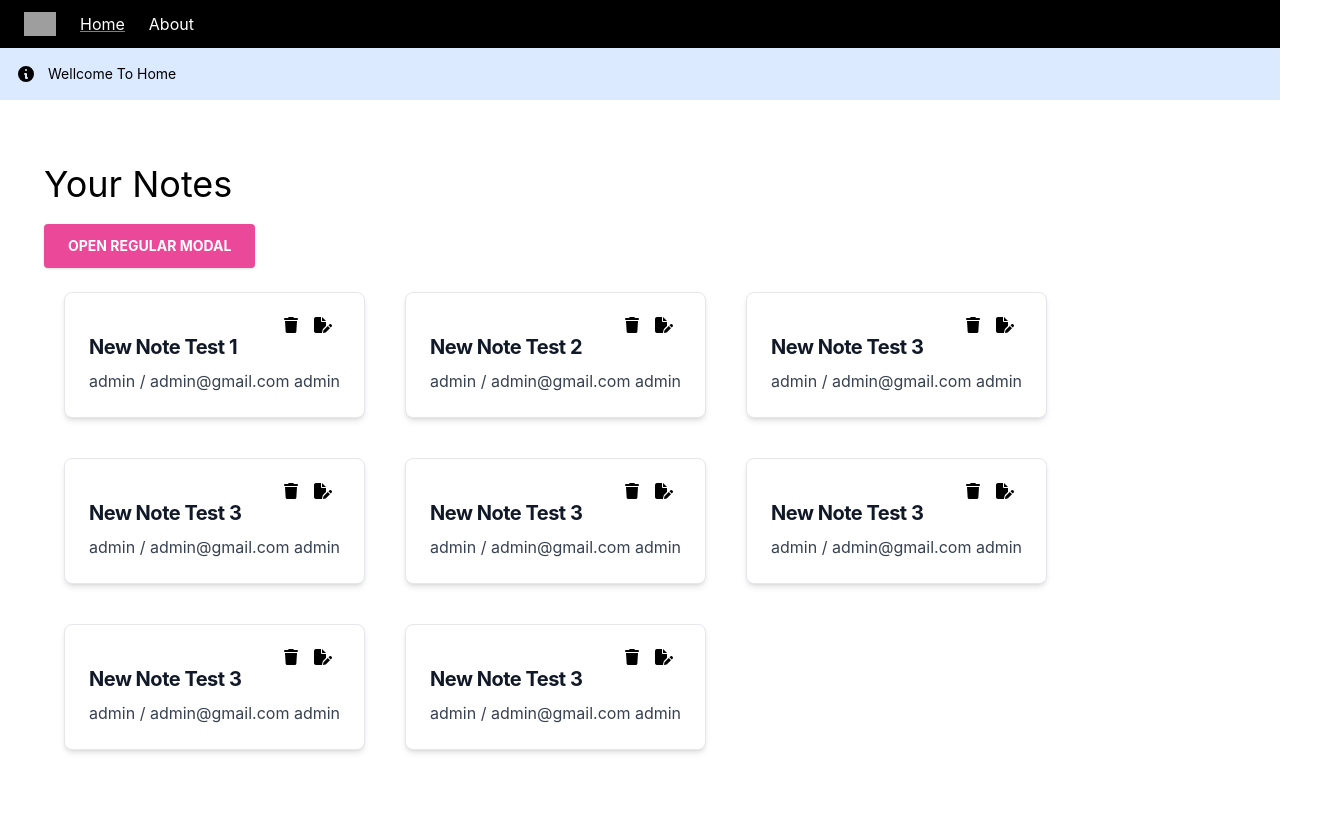
Repository: sonawaneteju4/iNote
Page: /
An editor plug-in stored every save of this project. The page is shown before and after the next save, followed by the edit.
The browser window is 1280 px wide. The page is 1324 px wide, so the pictures cover 1324 px, including what lies to the right of the window. The pictures show the whole page.
Pictures or frames that could not be fetched are drawn as grey boxes. Some web libraries are served in a nearby version. The project was rebuilt for these pictures with package versions that can differ from the ones it lists, and the page was loaded fresh each time. Also part of the build but not shown: src/components/AddNote.js, src/components/About.js.

Above is the page before, as saved 2022-10-11 10:47:15.

### public/index.html
<!DOCTYPE html>
<html lang="en">
  <head>
    <meta charset="utf-8" />
    <link rel="icon" href="%PUBLIC_URL%/favicon.ico" />
    <meta name="viewport" content="width=device-width, initial-scale=1" />
    <meta name="theme-color" content="#000000" />
    <meta
      name="description"
      content="Web site created using create-react-app"
    />
    <link rel="apple-touch-icon" href="%PUBLIC_URL%/logo192.png" />

    <link rel="manifest" href="%PUBLIC_URL%/manifest.json" />

    <title>iNote - Secured Notes On Cloud</title>
  </head>
  <body>
    <noscript>You need to enable JavaScript to run this app.</noscript>
    <script src="https://kit.fontawesome.com/61d960ae85.js" crossorigin="anonymous"></script>
    <div id="root"></div>
  </body>
</html>

### src/App.js
import "./App.css";
import { BrowserRouter, Routes, Route } from "react-router-dom";
import Navbar from "./components/Navbar";
import Home from "./components/Home";
import About from "./components/About";
import NoteState from "./context/notes/NoteState";
import Alert from "./components/Alert";

function App() {
  return (
    <>
      <NoteState>
        <BrowserRouter>
          <Navbar />
          <Alert message="Wellcome To Home"/>
          <div className="container m-11">

          <Routes>
            <Route exact path="/" element={<Home />}></Route>
            <Route exact path="/about" element={<About />}></Route>
          </Routes>
          </div>
        </BrowserRouter>
      </NoteState>
    </>
  );
}

export default App;

### src/App.css
.App {
  text-align: center;
}

.App-logo {
  height: 40vmin;
  pointer-events: none;
}

@media (prefers-reduced-motion: no-preference) {
  .App-logo {
    animation: App-logo-spin infinite 20s linear;
  }
}

.App-header {
  background-color: #282c34;
  min-height: 100vh;
  display: flex;
  flex-direction: column;
  align-items: center;
  justify-content: center;
  font-size: calc(10px + 2vmin);
  color: white;
}

.App-link {
  color: #61dafb;
}

@keyframes App-logo-spin {
  from {
    transform: rotate(0deg);
  }
  to {
    transform: rotate(360deg);
  }
}
i{cursor: pointer;

}

### src/components/Navbar.js
import React, {useEffect} from 'react'
import { Link, useLocation } from 'react-router-dom'

const Navbar = () => {
  let location = useLocation();
  useEffect(() => {
    console.log(location.pathname);
  }, [location])

  return (
    <nav className='flex bg-black text-white sticky top-0'>
        <ul className='flex m-3'>
            <li className='px-3'><Link to="/"><img alt="Logo" className='h-6' src='https://i.ibb.co/yyD6c8M/i-NOTE-3.png'></img></Link></li>
            <li className={`px-3  ${location.pathname==='/'? "underline decoration-sky-500": ""}`}><Link to="/">Home</Link></li>
            <li className={`px-3  ${location.pathname==='/about'? "underline decoration-sky-500": ""}`}><Link to="/about">About</Link></li>
        </ul>

    </nav>
  )
}

export default Navbar

### src/components/Home.js
import React from 'react'
// import NoteState from '../context/notes/NoteState';
import Notes from './Notes';

const Home = () => {

  return (
    <>
      <Notes/>
    </>

  )
}

export default Home

### src/context/notes/NoteState.js
import { useState } from 'react';
import NoteContext from './NoteContext';


const NoteState = (props) =>{
    const notesInitial = [
        {
          "_id": "6343f8ff5e6343bed4b7ddb5",
          "user": "63402d7553af99b0eef26534",
          "title": "New Note Test 1 ",
          "description": "admin / admin@gmail.com admin",
          "tag": "test",
          "date": "1665390388538",
          "__v": 0
        },
        {
          "_id": "6343f90f5e6343bed4b7ddb8",
          "user": "63402d7553af99b0eef26534",
          "title": "New Note Test 2 ",
          "description": "admin / admin@gmail.com admin",
          "tag": "test",
          "date": "1665390388538",
          "__v": 0
        },
        {
          "_id": "6343f9155e6343bed4b7ddba",
          "user": "63402d7553af99b0eef26534",
          "title": "New Note Test 3 ",
          "description": "admin / admin@gmail.com admin",
          "tag": "test",
          "date": "1665390388538",
          "__v": 0
        },
        {
            "_id": "6343f9155e6343bed4b7ddba",
            "user": "63402d7553af99b0eef26534",
            "title": "New Note Test 3 ",
            "description": "admin / admin@gmail.com admin",
            "tag": "test",
            "date": "1665390388538",
            "__v": 0
          },
          {
            "_id": "6343f9155e6343bed4b7ddba",
            "user": "63402d7553af99b0eef26534",
            "title": "New Note Test 3 ",
            "description": "admin / admin@gmail.com admin",
            "tag": "test",
            "date": "1665390388538",
            "__v": 0
          },
          {
            "_id": "6343f9155e6343bed4b7ddba",
            "user": "63402d7553af99b0eef26534",
            "title": "New Note Test 3 ",
            "description": "admin / admin@gmail.com admin",
            "tag": "test",
            "date": "1665390388538",
            "__v": 0
          },
          {
            "_id": "6343f9155e6343bed4b7ddba",
            "user": "63402d7553af99b0eef26534",
            "title": "New Note Test 3 ",
            "description": "admin / admin@gmail.com admin",
            "tag": "test",
            "date": "1665390388538",
            "__v": 0
          },
          {
            "_id": "6343f9155e6343bed4b7ddba",
            "user": "63402d7553af99b0eef26534",
            "title": "New Note Test 3 ",
            "description": "admin / admin@gmail.com admin",
            "tag": "test",
            "date": "1665390388538",
            "__v": 0
          }
      ]
      const [notes, setNotes] = useState(notesInitial)

      //Add a Note
      const addNote = (title, description,tag)=>{
        const note = {
          "_id": "6343f9155e6343bed4b7ddba",
          "user": "63402d7553af99b0eef26534",
          "title": title,
          "description": description,
          "tag": tag,
          "date": "1665390388538",
          "__v": 0
        };
        setNotes(notes.concat(note))
      }

      // Delete a Note
      const deleteNote = (id)=>{
        console.log(id)
        const newNotes = notes.filter((note)=>{return note._id!==id})
        setNotes(newNotes)
      }

      //Edit a Note
const editNote = (id, title, description,tag)=>{

}

    return(

        <NoteContext.Provider value={{notes, notesInitial, addNote ,deleteNote ,editNote }}>
            {props.children}
        </NoteContext.Provider>
            )
}

export default NoteState;

### src/components/Alert.js
import React from 'react'

const Alert = (props) => {
  return (
    <div className=''>
      <div className="flex p-4 mb-4 text-sm bg-blue-100 rounded-lgz text-black " role="alert">
  <svg aria-hidden="true" className="flex-shrink-0 inline w-5 h-5 mr-3" fill="currentColor" viewBox="0 0 20 20" xmlns="http://www.w3.org/2000/svg"><path fill-rule="evenodd" d="M18 10a8 8 0 11-16 0 8 8 0 0116 0zm-7-4a1 1 0 11-2 0 1 1 0 012 0zM9 9a1 1 0 000 2v3a1 1 0 001 1h1a1 1 0 100-2v-3a1 1 0 00-1-1H9z" clip-rule="evenodd"></path></svg>
  {props.message}
  </div>
    </div>
  )
}

export default Alert

### src/components/Notes.js
import React, {useContext } from 'react'
import NoteContext from '../context/notes/NoteContext';
import AddNote from './AddNote';
import NoteItem from './NoteItem';


const Notes = () => {
    const context = useContext(NoteContext);
    const [showModal, setShowModal] = React.useState(false);
    const {notes, addNote} = context
  return (
    <div>
      <h1 className='py-5 text-4xl'>Your Notes</h1>

      <button
        className="bg-pink-500 text-white active:bg-pink-600 font-bold uppercase text-sm px-6 py-3 rounded shadow hover:shadow-lg outline-none focus:outline-none mr-1 mb-1 ease-linear transition-all duration-150"
        type="button"
        onClick={() => setShowModal(true)}
      >
        Open regular modal
      </button>
      {showModal ? (
        <>
          <div
            className="justify-center items-center flex overflow-x-hidden overflow-y-auto fixed inset-0 z-50 outline-none focus:outline-none"
          >
            <div className="relative w-auto my-6 mx-auto max-w-3xl">
              {/*content*/}
              <div className="border-0 rounded-lg shadow-lg relative flex flex-col w-full bg-white outline-none focus:outline-none">
                {/*header*/}
                <div className="flex  items-start justify-between p-5 border-b border-solid border-slate-200 rounded-t">
                  <h3 className="text-3xl font-semibold">
                    Create New Note
                  </h3>
                  <button
                    className="p-1 ml-auto bg-transparent border-0 text-black opacity-5 float-right text-3xl leading-none font-semibold outline-none focus:outline-none"
                    onClick={() => setShowModal(false)}
                    >
                    <span className="bg-transparent text-black opacity-5 h-6 w-6 text-2xl block outline-none focus:outline-none">

                    </span>
                  </button>
                </div>
                {/*body*/}

                    <AddNote/>
                {/*footer*/}
                <div className="flex items-center justify-end p-6 border-t border-solid border-slate-200 rounded-b">
                  <button
                    className="text-red-500 background-transparent font-bold uppercase px-6 py-2 text-sm outline-none focus:outline-none mr-1 mb-1 ease-linear transition-all duration-150"
                    type="button"
                    onClick={() => setShowModal(false)}
                  >
                    Close
                  </button>
                </div>
              </div>
            </div>
          </div>
          <div className="opacity-25 fixed inset-0 z-40 bg-black"></div>
        </>
      ) : null}


    <div className='flex flex-wrap'>
        {notes.map((note)=>{
            return <NoteItem key={note._id} note={note}/>;
        })}
    </div>
        </div>
  )
}

export default Notes

### src/components/NoteItem.js
import React, { useContext } from "react";
import NoteContext from '../context/notes/NoteContext';


const NoteItem = (props) => {
 const context = useContext(NoteContext)
  const {deleteNote} = context;
  const { note } = props;
  return (
    <div className="p-5">
      <div class="p-6 max-w-sm bg-white rounded-lg border border-gray-200 shadow-md hover:bg-gray-100">
        <div className="flex item-start justify-end">
          <i class="fa-solid fa-trash mx-2" onClick={()=>{deleteNote(note._id)}}></i>
          <i class="fa-solid fa-file-pen mx-2"></i>
        </div>
          <h5 class="mb-2 text-xl font-bold tracking-tight text-gray-900">
            {note.title}
          </h5>
        <p class="font-normal text-gray-700"> {note.description}</p>
      </div>
    </div>
  );
};

export default NoteItem;

Loaded but not shown: src/index.js (common file); src/index.css (common file); src/context/notes/NoteContext.js (common file); tailwind.config.js (common file)

After the next save:
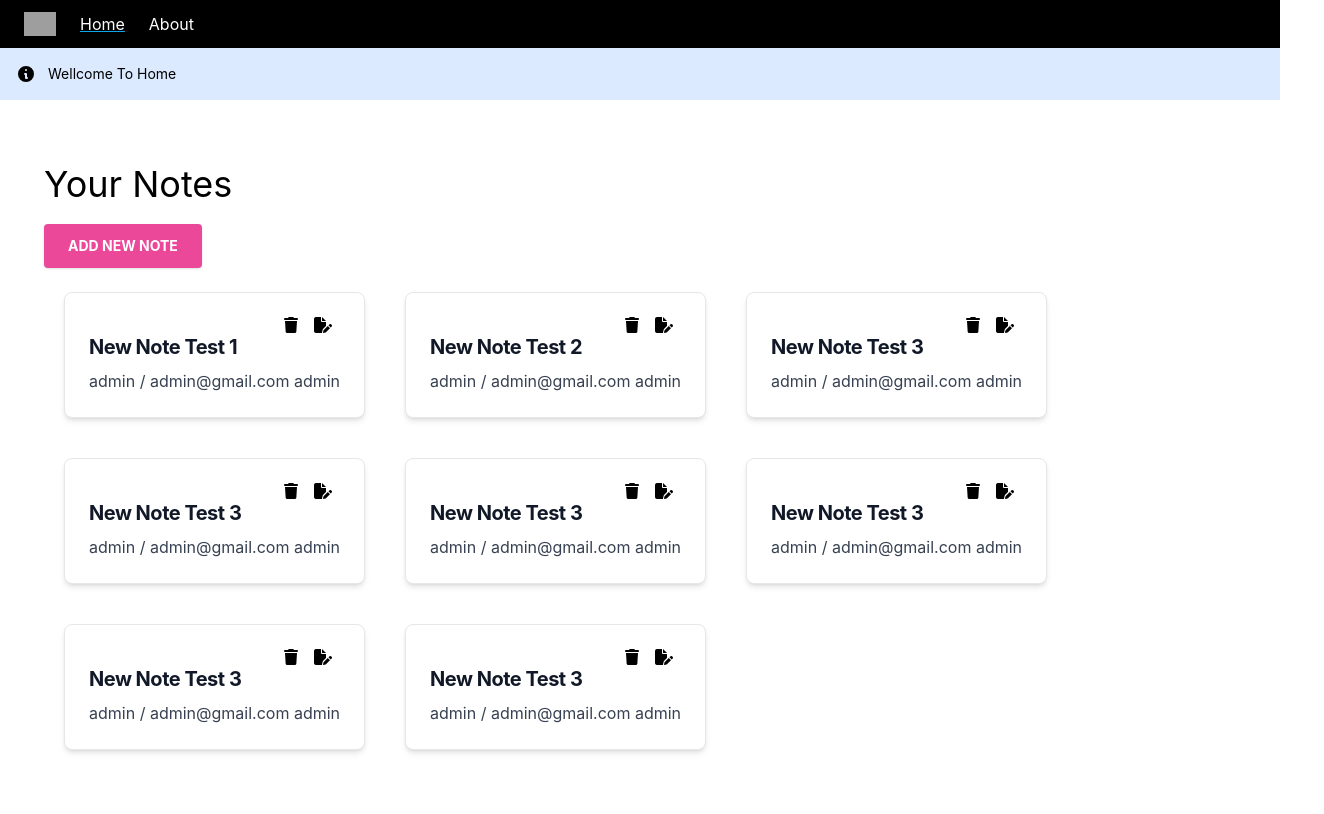
Saved 20 s later.
--- a/src/components/Notes.js
+++ b/src/components/Notes.js
@@ -17,7 +17,7 @@ const Notes = () => {
         type="button"
         onClick={() => setShowModal(true)}
       >
-        Open regular modal
+        Add New Note
       </button>
       {showModal ? (
         <>
